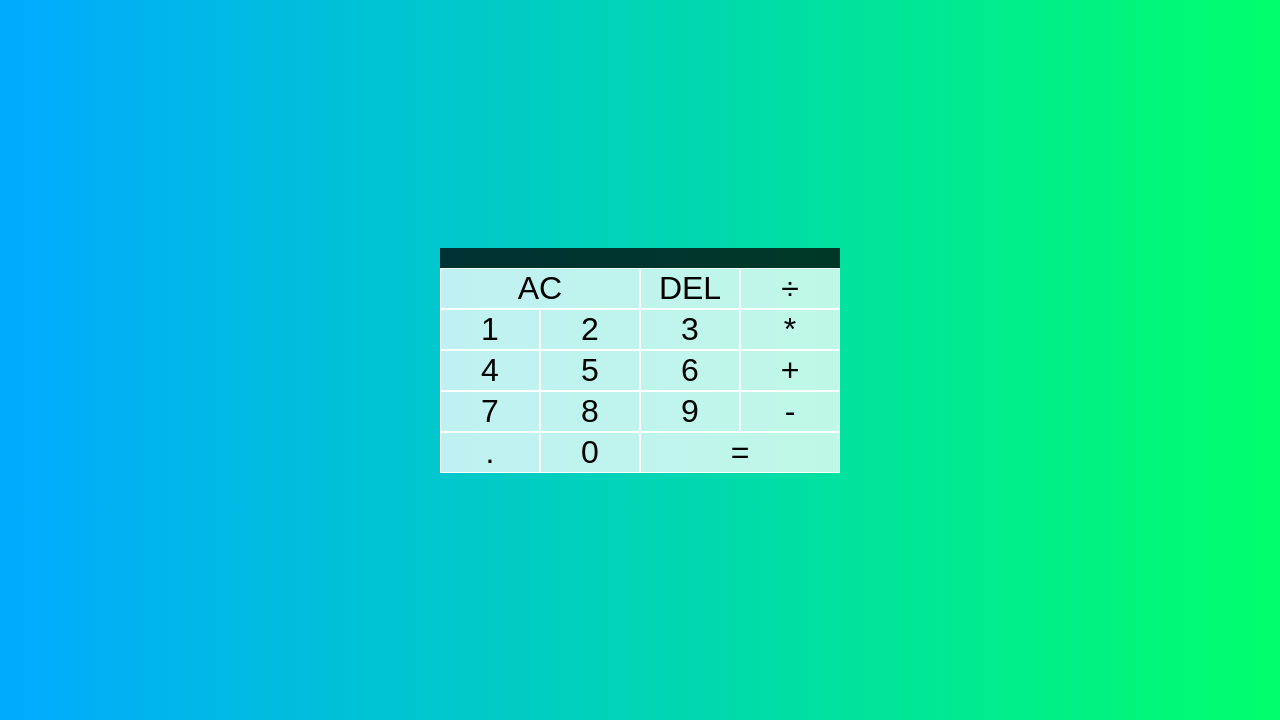
Repository: weazzyefff/Calculator-YT-Tutorial-
Page: index.html
The author's editor kept a copy of each file at every save. The page is drawn from the files as they stood at one save, then again after the next save.
The browser window is 1280 px wide. The pictures show the whole page.

Above is the page before, as saved 2022-12-23 14:50:43.
Console error: SyntaxError: Unexpected token '{'

### index.html
<!DOCTYPE html>
<html>

<head>
    <meta charset="utf-8">
    <meta name="viewport" content="width=device-width, initial-scale=1">
    <title>Calculator App</title>
    <link rel="stylesheet" href="styles.css">
    <script src="script.js" defer></script>
</head>

<body>
    <div class="calculator-grid">
        <div class="output">
            <div data-previous-operand class="previous-operand"></div>
            <div data-current-operand class="current-operand"></div>
        </div>
        <button data-all-clear class="span-two">AC</button>
        <button data-delete>DEL</button>
        <button data-operation>÷</button>
        <button data-number>1</button>
        <button data-number>2</button>
        <button data-number>3</button>
        <button data-operation>*</button>
        <button data-number>4</button>
        <button data-number>5</button>
        <button data-number>6</button>
        <button data-operation>+</button>
        <button data-number>7</button>
        <button data-number>8</button>
        <button data-number>9</button>
        <button data-operation>-</button>
        <button data-number>.</button>
        <button data-number>0</button>
        <button data-equals class="span-two">=</button>
    </div>

</body>

</html>

### styles.css
*, *::before, *::after {
    box-sizing: border-box;
    font-family: Gotham Rounded, sans-serif;
    font-weight: normal;
}

body {
    padding: 0;
    margin: 0;
    background: linear-gradient(to right, #00AAFF, #00FF6C);
}

.calculator-grid {
    display: grid;
    justify-content: center;
    align-content: center;
    min-width: 20vh;
    min-height: 100vh;
    grid-template-columns: repeat(4,100px);
    grid-template-rows: minmax(120px, auto) repeat((5, 100px));
}

.calculator-grid > button {
    cursor: pointer;
    min-height: 20px;
    font-size: 2rem;
    border: 1px solid white;
    outline: none;
    background-color: rgba(255,255,255, .75);
}

.calculator-grid > button:hover {
    background-color:rgba(255,255,255, .9);
}

.span-two {
    grid-column: span 2;
}

.output  {
    grid-column: 1 / -1;
    background-color: rgba(0,0,0, .75);
    display: flex;
    align-items: flex-end;
    justify-content: space-around;
    flex-direction: column;
    padding: 10px;
    word-wrap: break-word;
    word-break: break-all;
}

.output .previous-operand {
    color: rgba(255,255,255, .75);
    font-size: 1.5rem;
}
.output .current-operand {
    color: white;
    font-size: 2.5rem;
}

### script.js
class Calculator {
    constructor(previousOperandTextElement, currentOperandTextElement) {
        this.previousOperandTextElement = previousOperandTextElement
        this.currentOperandTextElement = currentOperandTextElement
    }
}

clear() {
    this.currentOperand = ''
    this.previousOperand = ''
    this.operation = undefined
}
delete() {

}
appendNumber(number) {

}
chooseOperation(operation) {

}

compute() {

}

updateDisplay() {

}

const numberButtons = document.querySelectorAll('[data-number]')
const operationButtons = document.querySelectorAll('[data-operation]')
const equalsButton = document.querySelector('[data-equals]')
const allClearButton = document.querySelectorAll('[data-all-clear]')
const deleteButton = document.querySelectorAll('[data-delete]')
const previousOperandTextElement = document.querySelectorAll('[data-previous-operand]')
const currentOperandTextElement = document.querySelectorAll('[data-current-operand]')

After the next save:
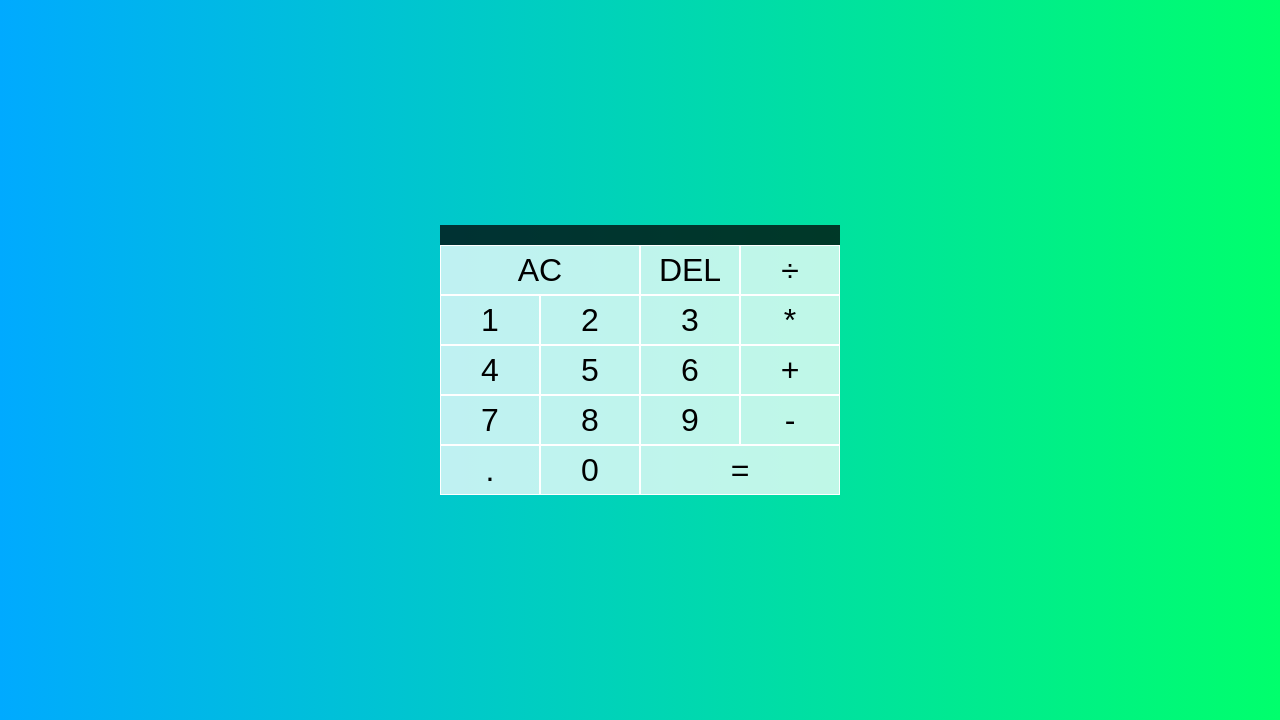
Saved 7 s later.
--- a/styles.css
+++ b/styles.css
@@ -22,7 +22,7 @@ body {
 
 .calculator-grid > button {
     cursor: pointer;
-    min-height: 20px;
+    min-height: 50px;
     font-size: 2rem;
     border: 1px solid white;
     outline: none;
